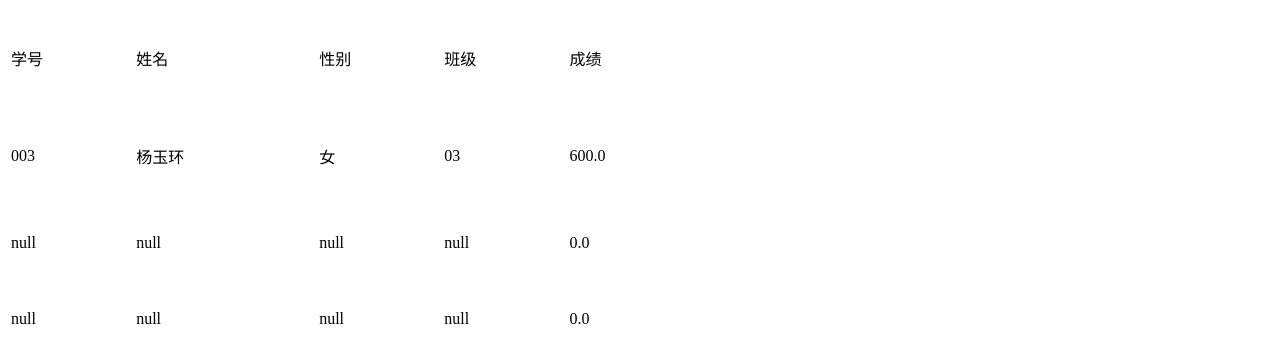
Repository: Fuhai-Chen/javaweb
Page: http://localhost/Clock/index2.jsp
These files come from the project's save history. The page is drawn as it stood at one moment and after the next save; the edit follows.
The browser window is 1280 px wide. The pictures show the whole page.
The page is served by Tomcat 9.

Above is the page before, as saved 2020-09-16 12:53:15.

### Clock/WebRoot/index2.jsp
<%@ page language="java" import="java.util.*,java.util.ArrayList" pageEncoding="UTF-8"%>
<%
String path = request.getContextPath();
String basePath = request.getScheme()+"://"+request.getServerName()+":"+request.getServerPort()+path+"/";
%>

<!DOCTYPE HTML PUBLIC "-//W3C//DTD HTML 4.01 Transitional//EN">
<html>
  <head>
    <base href="<%=basePath%>">

    <title>My JSP 'index2.jsp' starting page</title>

	<meta http-equiv="pragma" content="no-cache">
	<meta http-equiv="cache-control" content="no-cache">
	<meta http-equiv="expires" content="0">
	<meta http-equiv="keywords" content="keyword1,keyword2,keyword3">
	<meta http-equiv="description" content="This is my page">
	<!--
	<link rel="stylesheet" type="text/css" href="styles.css">
	-->

  </head>


  <%!
  	public class Student{
  		String id;
  		String name;
  		String sex;
  		String Class;
  		double grade;

  		public Student(){}
  		//无参构造方法

  		//set方法
  		public void setid(String id){
  			this.id =id;
  		}
  		public void setname(String name){
  			this.name = name;
  		}
  		public void setsex(String sex){
  			this.sex = sex;
  		}
  		public void setClass(String Class){
  			this.Class = Class;
  		}
  		public void setgrade(double grade){
  			this.grade =grade;
  		}

  		//get方法
  		public String getid(){
  			return id;
  		}

  		public String getname(){
  			return name;
  		}

  		public String getsex(){
  			return sex;
  		}

  		//getClass()方法为java内置方法，需改名！！！！
  		public String getClass1(){
  			return Class;
  		}

  		public double getgrade(){
  			return grade;
  		}

  	}
   %>
   <%
   		Student st1 = new Student();
   		Student st2 = new Student();
   		Student st3 = new Student();

   		st1.setid("001");
   		st1.setname("李白");
   		st1.setsex("男");
   		st1.setClass("01");
   		st1.setgrade(723.0);

   		st1.setid("002");
   		st1.setname("孟浩然");
   		st1.setsex("男");
   		st1.setClass("02");
   		st1.setgrade(689.0);

   		st1.setid("003");
   		st1.setname("杨玉环");
   		st1.setsex("女");
   		st1.setClass("03");
   		st1.setgrade(600.0);

   		//记得导入相应包！！！
   		ArrayList<Student> AL=new ArrayList<Student>();
        AL.add(st1);
        AL.add(st2);
        AL.add(st3);

        /* 算法分析：遍历列表生成相应HTML语句
        	Arrylist遍历的三种方法：
        	1.for循环
        	for(int i = 0; i < .size(); i ++){
        	 print(........);
        	}
        */
        //2. Iterator迭代器遍历 get it！！！
        java.util.Iterator<Student> AL1 = AL.iterator();
        //3. 底层用迭代器，上层foreach
        //for(String a : list){ print(....)}

    %>
  <body>
    <table width="700px" height="350">
    <tr>
    	<td>学号</td>
    	<td>姓名</td>
    	<td>性别</td>
    	<td>班级</td>
    	<td>成绩</td>
    </tr>

    <%
    	while(AL1.hasNext()){
    		Student stx = (Student)AL1.next();
    		out.println("<tr>");
    		out.println("<td>");
    		out.println(stx.id);
    		out.println("</td>");
    		out.println("<td>");
    		out.println(stx.name);
    		out.println("</td>");
    		out.println("<td>");
    		out.println(stx.sex);
    		out.println("</td>");
    		out.println("<td>");
    		out.println(stx.Class);
    		out.println("</td>");
    		out.println("<td>");
    		out.println(stx.grade);
    		out.println("</td>");
    		out.println("</tr>");
    	}
     %>

    </table>
  </body>
</html>

After the next save:
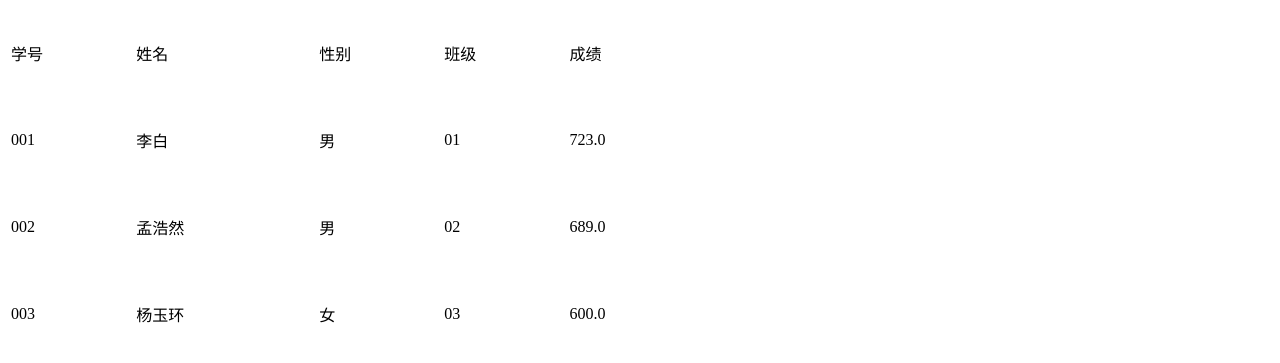
Saved 4 min 55 s later.
--- a/Clock/WebRoot/index2.jsp
+++ b/Clock/WebRoot/index2.jsp
@@ -86,17 +86,17 @@ String basePath = request.getScheme()+"://"+request.getServerName()+":"+request.
    		st1.setClass("01");
    		st1.setgrade(723.0);
 
-   		st1.setid("002");
-   		st1.setname("孟浩然");
-   		st1.setsex("男");
-   		st1.setClass("02");
-   		st1.setgrade(689.0);
+   		st2.setid("002");
+   		st2.setname("孟浩然");
+   		st2.setsex("男");
+   		st2.setClass("02");
+   		st2.setgrade(689.0);
 
-   		st1.setid("003");
-   		st1.setname("杨玉环");
-   		st1.setsex("女");
-   		st1.setClass("03");
-   		st1.setgrade(600.0);
+   		st3.setid("003");
+   		st3.setname("杨玉环");
+   		st3.setsex("女");
+   		st3.setClass("03");
+   		st3.setgrade(600.0);
 
    		//记得导入相应包！！！
    		ArrayList<Student> AL=new ArrayList<Student>();
